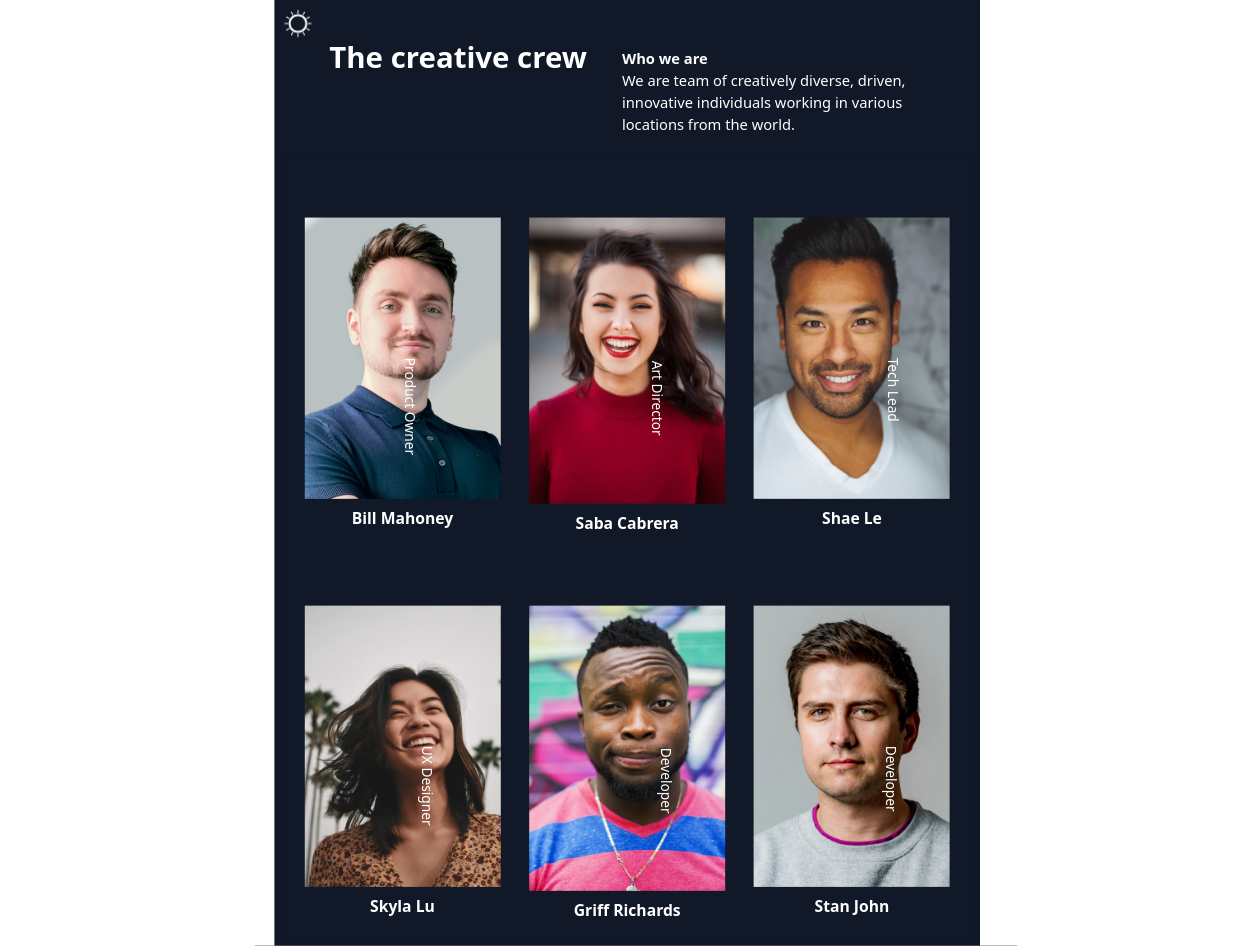
Repository: Alzate1075/Funval-G3-N2
Page: /
These files come from the project's save history. The page is drawn as it stood at one moment and after the next save; the edit follows.
The browser window is 1280 px wide. The pictures show the whole page, at 98% of full size.
The project was rebuilt for these pictures with package versions that can differ from the ones it lists, and the page was loaded fresh each time. Also part of the build but not shown: vite.config.js.

Above is the page before, as saved 2025-07-02 23:46:44.

### index.html
<!DOCTYPE html>
<html lang="en">
  <head>
    <meta charset="UTF-8" />
    <link rel="icon" type="image/svg+xml" href="/vite.svg" />
    <meta name="viewport" content="width=device-width, initial-scale=1.0" />
    <link rel="stylesheet" href="./src/index.css" />
    <title>Vite + React</title>
  </head>
  <body>
    <div id="root"></div>
    <script type="module" src="/src/main.jsx"></script>
  </body>
</html>

### src/App.jsx
import React from "react";
import { TeamCard } from "./components/TeamCard";
import miArray from "./components/ArrayTeams";

function App() {
  return (
    <div className="md:bg-[#111827] p-2 md:mx-70">
      <div>
        <img src="/images/sol.png" alt="sol" className="w-8 justify-end" />
      </div>
      <div className="flex justify-end">
        <img src="/images/luna.png" alt="luna" className="w-8 md:hidden" />
      </div>
      <div className="md:text-white text-black text-center md:flex md:justify-between md:mx-12">
        <h1 className="text-3xl font-bold">The creative crew</h1>
        <p className="text-[15px] mt-2 max-w-md md:text-md text-wrap text-left m-5">
          <b>Who we are</b>
          <br />
          We are team of creatively diverse, driven, <br /> innovative
          individuals working in various <br /> locations from the world.
        </p>
      </div>

      <div className="md:bg-[#111827] grid grid-cols-2 md:grid-cols-3 gap-x-4 gap-y-6 p-4">
        {miArray.map((persona, index) => (
          <TeamCard
            key={index}
            name={persona.name}
            role={persona.role}
            image={persona.image}
            extraClass={`${index % 2 === 1 ? "mt-6" : ""} ${
              index % 3 === 1 ? "md:mt-8" : ""
            }`}
          />
        ))}
      </div>
    </div>
  );
}

export default App;

### src/components/TeamCard.jsx
import React from "react";
export function TeamCard(props) {
  return (
    <div className={`md:mt-12 ${props.extraClass}`}>
      <div className="text-black md:text-white flex items-center justify-center gap-2 relative">
        <img src={props.image} alt={props.name} className="md:w-[200px] w-20" />

        <span className="absolute right-0 top-1/2 -translate-y-1/2 rotate-90 origin-left text-sm">
          {props.role}
        </span>
      </div>

      <div className="md:text-white text-black text-center mt-2">
        <h3 className="font-semibold">{props.name}</h3>
      </div>
    </div>
  );
}

### src/components/ArrayTeams.jsx
import React from "react";
const miArray = [
  {
    name: "Bill Mahoney",
    role: "Product Owner",
    image: "/images/photo1.png",
  },
  {
    name: "Saba Cabrera",
    role: "Art Director",
    image: "/images/photo2.png",
  },
  {
    name: "Shae Le",
    role: "Tech Lead",
    image: "/images/photo3.png",
  },
  {
    name: "Skyla Lu",
    role: "UX Designer",
    image: "/images/photo4.png",
  },
  {
    name: "Griff Richards",
    role: "Developer",
    image: "/images/photo5.png",
  },
  {
    name: "Stan John",
    role: "Developer",
    image: "/images/photo6.png",
  },
];

export default miArray;

Loaded but not shown: src/index.css (common file); src/main.jsx (common file)

After the next save:
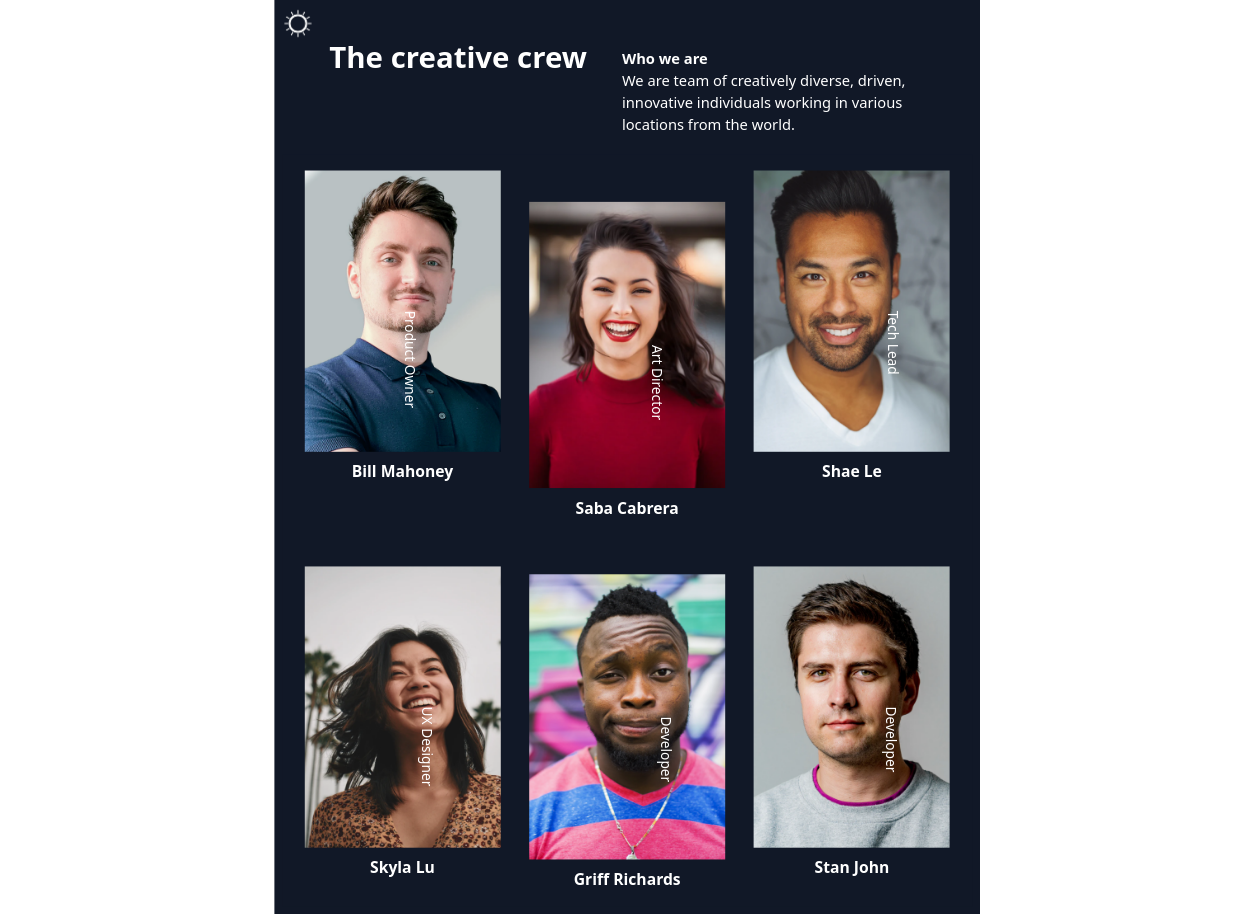
Saved 3 min 26 s later.
--- a/src/components/TeamCard.jsx
+++ b/src/components/TeamCard.jsx
@@ -1,18 +1,26 @@
 import React from "react";
 export function TeamCard(props) {
   return (
-    <div className={`md:mt-12 ${props.extraClass}`}>
-      <div className="text-black md:text-white flex items-center justify-center gap-2 relative">
+    <div className={`${props.extraClass}`}>
+      <div className="text-black md:text-white md:flex md:items-center md:justify-center gap-2 relative">
         <img src={props.image} alt={props.name} className="md:w-[200px] w-20" />
-
         <span className="absolute right-0 top-1/2 -translate-y-1/2 rotate-90 origin-left text-sm">
           {props.role}
         </span>
       </div>
-
-      <div className="md:text-white text-black text-center mt-2">
+      <div className="md:text-white text-center mt-2">
         <h3 className="font-semibold">{props.name}</h3>
       </div>
     </div>
   );
 }
+
+/* export function TeamCard(props) {
+  return (
+    <div>
+      <h3>{props.name}</h3>
+      <p>{props.role}</p>
+      <img src={props.image} alt={props.name} width="100" />
+    </div>
+  );
+} */
